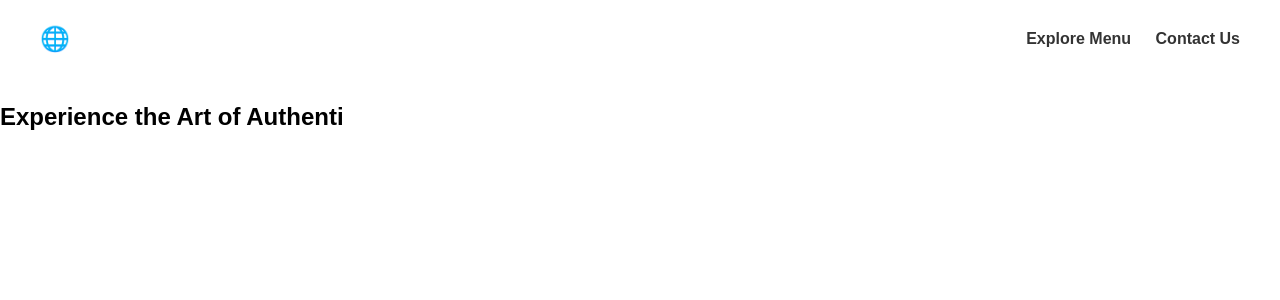
Repository: Femi007-gh/experience
Page: index.html
These files come from the project's save history. The page is drawn as it stood at one moment and after a run of saves; the edit follows.
The browser window is 1280 px wide. The pictures show the whole page.

Above is the page before, as saved 2025-01-13 07:32:15.

After the next 3 saves:
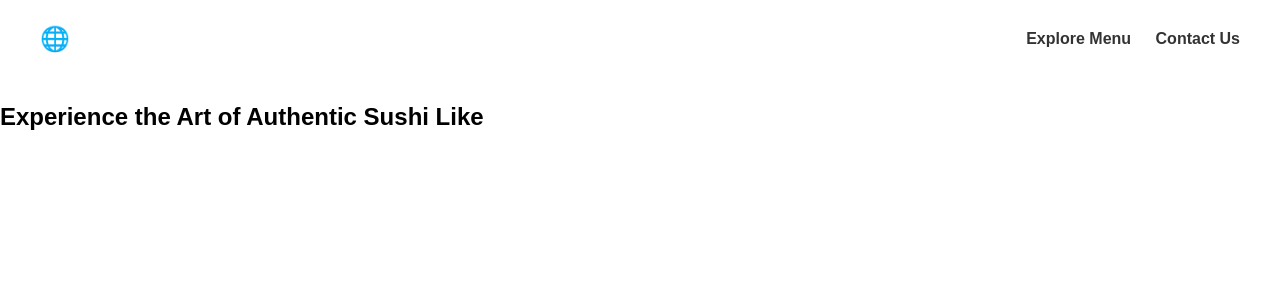
The 3 saves are shown as one change because they came seconds apart.
The last was saved 8 s later.
--- a/index.html
+++ b/index.html
@@ -13,7 +13,7 @@
     </header>
     <main>
       <section class="hero">
-        <h1>Experience the Art of Authenti</h1>
+        <h1>Experience the Art of Authentic Sushi Like</h1>
       </section>
     </main>
   </body>
